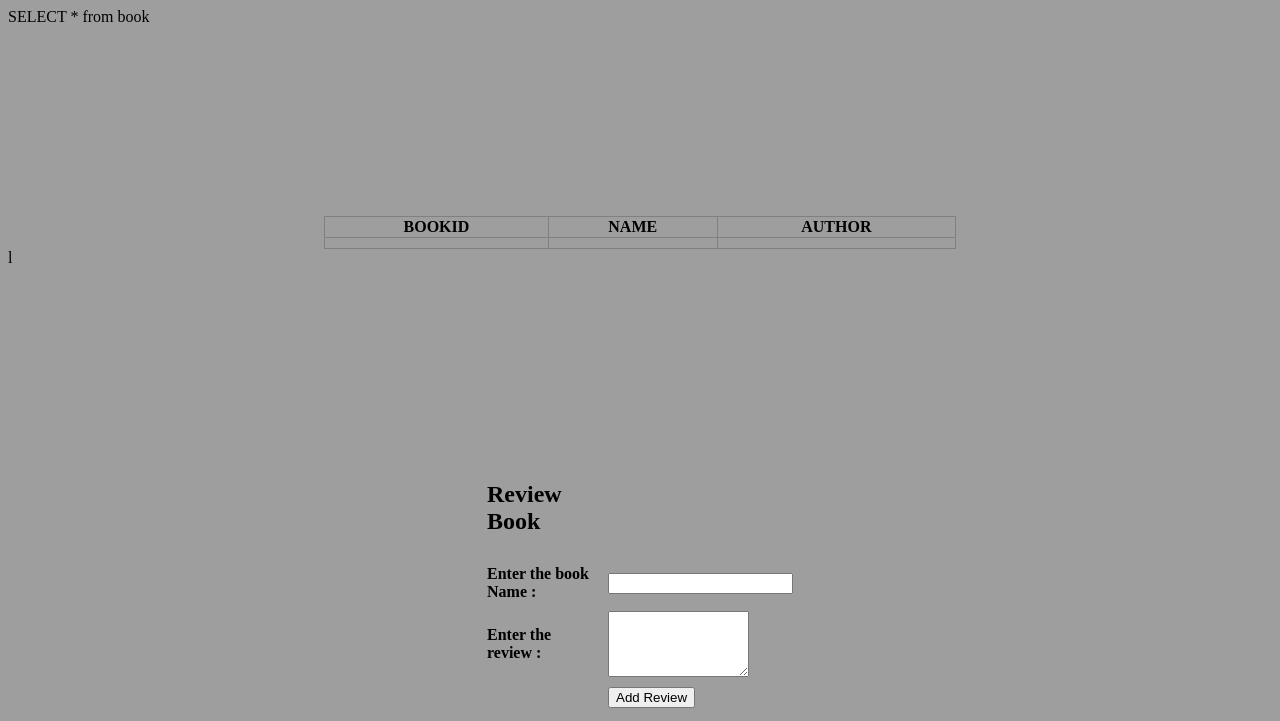
Repository: AjinkyaJadhav/New
Page: http://localhost/CYBNETJSP/InsertReview.jsp
These files come from the project's save history. The page is drawn as it stood at one moment and after the next save; the edit follows.
The browser window is 1280 px wide. The pictures show the whole page.
The page is served by Tomcat 9.

Above is the page before, as saved 2016-05-16 12:48:59.

After the next save:
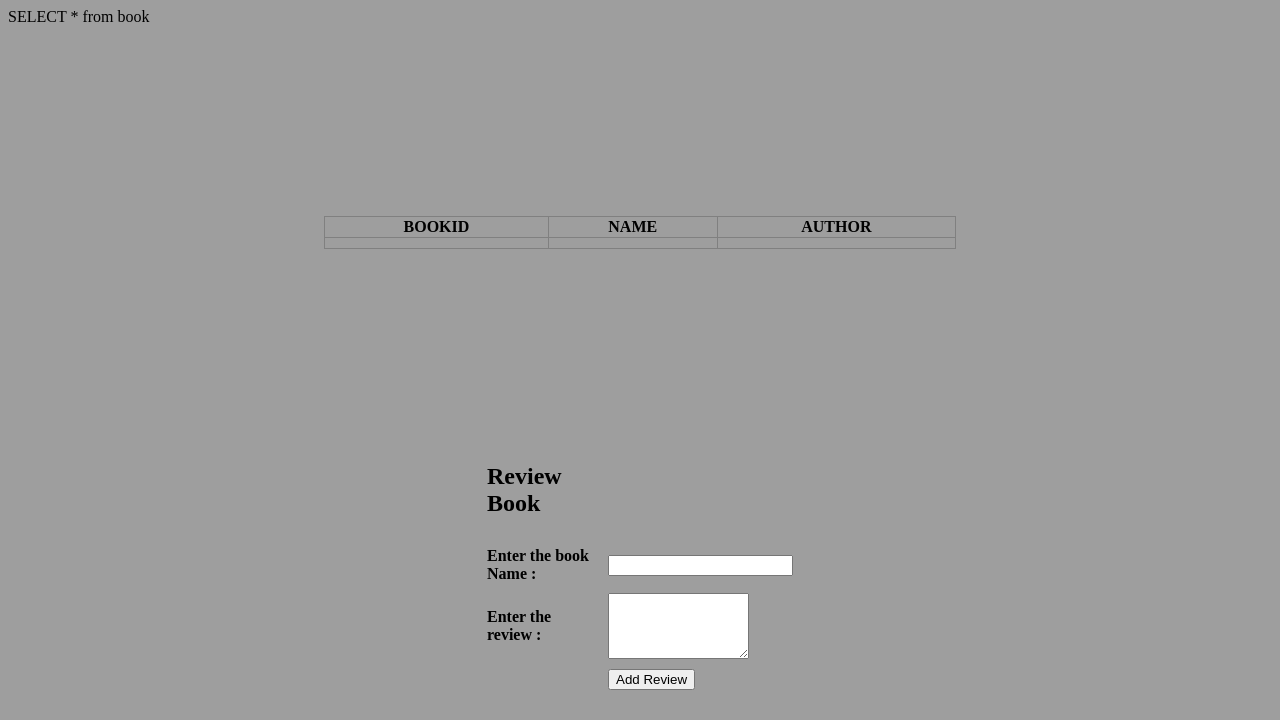
Saved 19 s later.
--- a/CYBNETJSP/WebContent/InsertReview.jsp
+++ b/CYBNETJSP/WebContent/InsertReview.jsp
@@ -57,7 +57,7 @@ padding: 5px;
 		</c:forEach>
 
 
-	</table>l
+	</table>
 
 <form method='get' action='InsertReviewServlet'>
 
